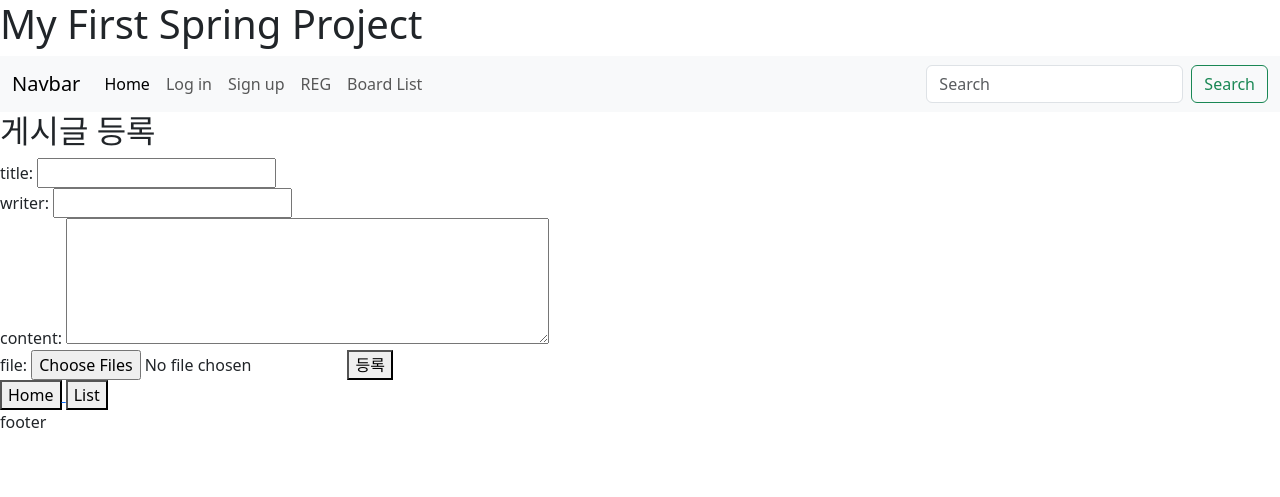
Repository: dfhdfhdfsza/springtest
Page: http://localhost/spring-Test/WEB-INF/views/board/register.jsp
These files come from the project's save history. The page is drawn as it stood at one moment and after the next save; the edit follows.
The browser window is 1280 px wide. The pictures show the whole page.
The page is served by Tomcat 9. Nobody is signed in. Other server files are loaded and not shown. The template is opened directly, without the code that normally fills it, so the values that code supplies are empty.

Above is the page before, as saved 2023-10-12 07:54:16.

### spring-Test/src/main/webapp/WEB-INF/views/board/register.jsp
<%@ page language="java" contentType="text/html; charset=UTF-8"
    pageEncoding="UTF-8"%>
    <%@ taglib uri="http://java.sun.com/jsp/jstl/core" prefix="c"%>
<!DOCTYPE html>
<html>

<head>
<meta charset="UTF-8">
<title>Insert title here</title>
</head>
<body>
	<jsp:include page="../layout/header.jsp"></jsp:include>
	<h2>게시글 등록</h2>
	<!-- mapping 상태는 get/post가 별도의 mapping을 가짐 -->
	<form action="/board/register" method="post">
		title: <input type="text" name="title"> <br>
		writer: <input type="text" name="writer" value="${loginmvo.id}" readonly="readonly"> <br>
		content: <textarea rows="5" cols="50" name="content"></textarea> <br>
		<!-- multiple:한번에 여러개의 파일을 등록 -->
		file: <input type="file" id="file" name="files" multiple="multiple">
		<button type="submit">등록</button> <br>
	</form>
	<a href="/">
		<button type="button">Home</button>
	</a>
	<a href="/board/List">
		<button type="button">List</button>
	</a>
	<jsp:include page="../layout/footer.jsp"></jsp:include>
</body>
</html>

### spring-Test/src/main/webapp/WEB-INF/views/layout/header.jsp
<%@ page language="java" contentType="text/html; charset=UTF-8"
    pageEncoding="UTF-8"%>
    <%@ taglib prefix="c" uri="http://java.sun.com/jsp/jstl/core" %>
<!DOCTYPE html>
<html>
<head>
<meta charset="UTF-8">
<title>Insert title here</title>
<link href="https://cdn.jsdelivr.net/npm/bootstrap@5.3.1/dist/css/bootstrap.min.css" rel="stylesheet" integrity="sha384-4bw+/aepP/YC94hEpVNVgiZdgIC5+VKNBQNGCHeKRQN+PtmoHDEXuppvnDJzQIu9" crossorigin="anonymous">
<script src="https://cdn.jsdelivr.net/npm/bootstrap@5.3.1/dist/js/bootstrap.bundle.min.js" integrity="sha384-HwwvtgBNo3bZJJLYd8oVXjrBZt8cqVSpeBNS5n7C8IVInixGAoxmnlMuBnhbgrkm" crossorigin="anonymous"></script>
</head>
<body>
	<h1>My First Spring Project</h1>
	<nav class="navbar navbar-expand-lg bg-body-tertiary">
  <div class="container-fluid">
    <a class="navbar-brand" href="#">Navbar</a>
    <button class="navbar-toggler" type="button" data-bs-toggle="collapse" data-bs-target="#navbarSupportedContent" aria-controls="navbarSupportedContent" aria-expanded="false" aria-label="Toggle navigation">
      <span class="navbar-toggler-icon"></span>
    </button>
    <div class="collapse navbar-collapse" id="navbarSupportedContent">
      <ul class="navbar-nav me-auto mb-2 mb-lg-0">
        <li class="nav-item">
          <a class="nav-link active"  href="/">Home</a>
        </li>
       <c:if test="${loginmvo eq null}">
       		<li class="nav-item">
          		<a class="nav-link" href="/member/login" >Log in</a>
        	</li>
       </c:if>
        <c:if test="${loginmvo ne null}">
        	<li class="nav-item">
          		<a class="nav-link"  href="/member/logout">Log out</a>
        	</li>
        </c:if>
        <li class="nav-item">
          <a class="nav-link" href="/member/signup">Sign up</a>
        </li>
        <li class="nav-item">
          <a class="nav-link"  href="/board/register">REG</a>
        </li>
        <li class="nav-item">
          <a class="nav-link" href="/board/list">Board List</a>
        </li>
        <c:if test="${loginmvo ne null}">
        	<li> <a class="nav-link" href="/member/modify">${loginmvo.id} 님 로그인되셨습니다.</a></li>
		</c:if>
      </ul>
      <form class="d-flex" role="search">
        <input class="form-control me-2" type="search" placeholder="Search" aria-label="Search">
        <button class="btn btn-outline-success" type="submit">Search</button>
      </form>
    </div>
  </div>
</nav>

### spring-Test/src/main/webapp/WEB-INF/views/layout/footer.jsp
<%@ page language="java" contentType="text/html; charset=UTF-8"
    pageEncoding="UTF-8"%>


	<div>
		footer
	</div>
</body>
</html>

After the next save:
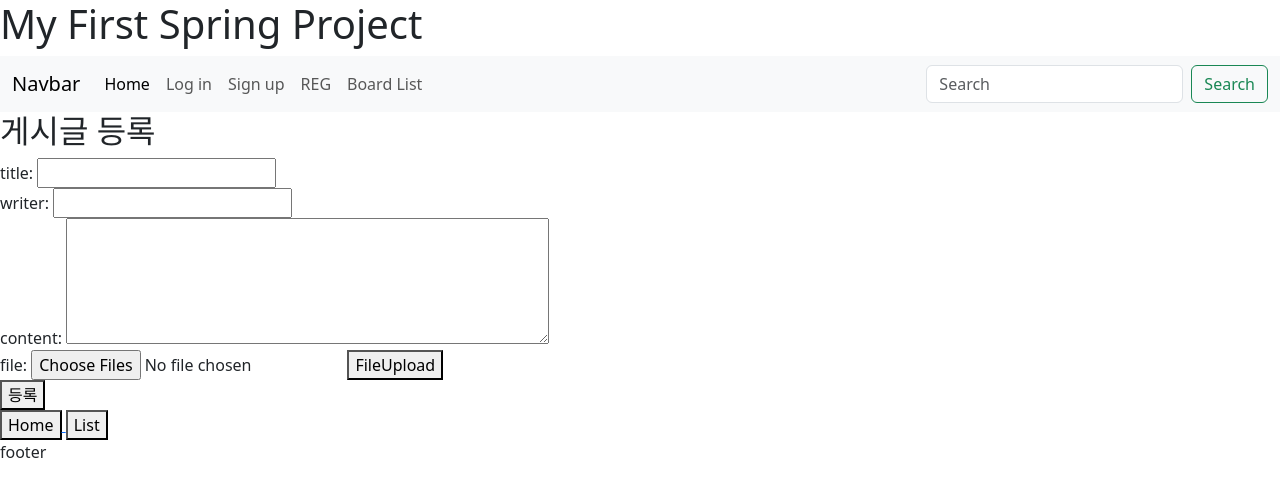
Saved 77 s later.
--- a/spring-Test/src/main/webapp/WEB-INF/views/board/register.jsp
+++ b/spring-Test/src/main/webapp/WEB-INF/views/board/register.jsp
@@ -18,6 +18,7 @@
 		content: <textarea rows="5" cols="50" name="content"></textarea> <br>
 		<!-- multiple:한번에 여러개의 파일을 등록 -->
 		file: <input type="file" id="file" name="files" multiple="multiple">
+		<button>FileUpload</button> <br>
 		<button type="submit">등록</button> <br>
 	</form>
 	<a href="/">
